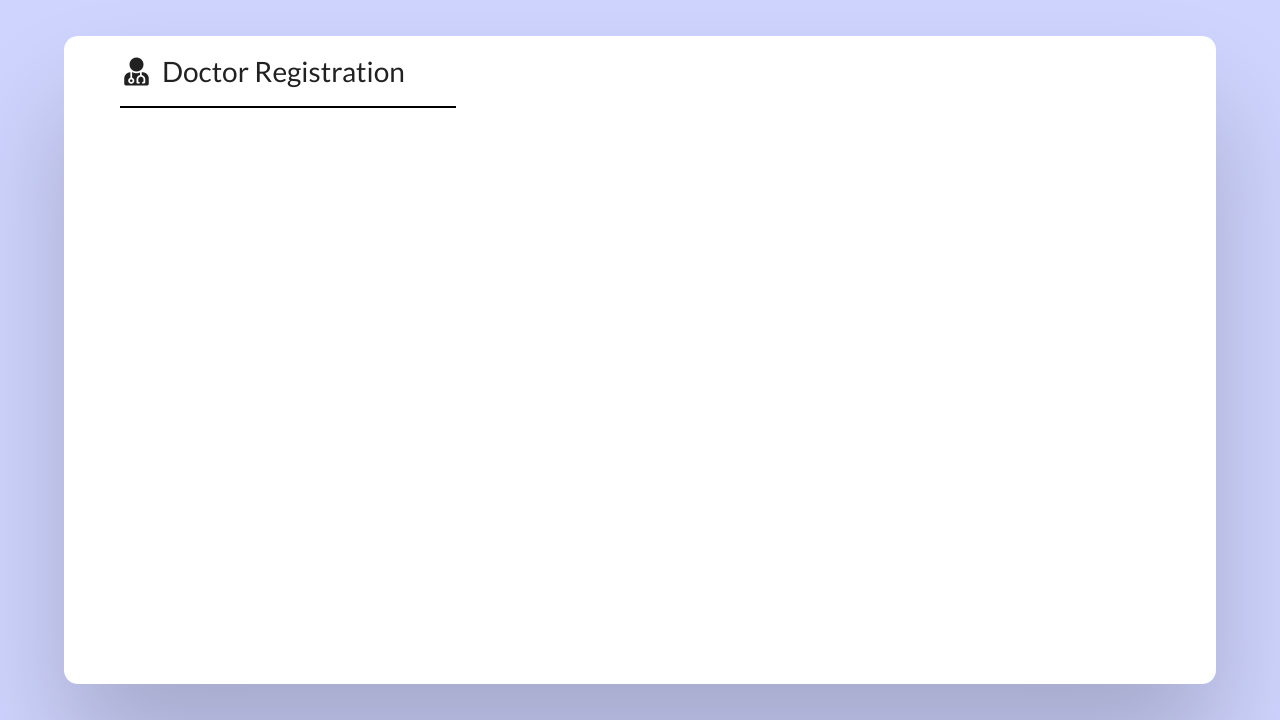
Repository: ajayaj2001/healthcare-digitization
Page: /doctorForm
These files come from the project's save history. The page is drawn as it stood at one moment and after the next save; the edit follows.
The browser window is 1280 px wide. The pictures show the whole page.
The project was rebuilt for these pictures with package versions that can differ from the ones it lists, and the page was loaded fresh each time. Also part of the build but not shown: src/component/userType/UserType.scss, src/component/userType/UserType.js, src/component/login/Login.scss, src/component/login/loginForm/LoginForm.scss, src/component/login/loginForm/LoginForm.js, src/component/login/Login.js, src/component/register/Register.scss, src/component/register/registerForm/RegisterForm.scss and 2 more.

Above is the page before, as saved 2021-03-13 10:42:21.

After the next save:
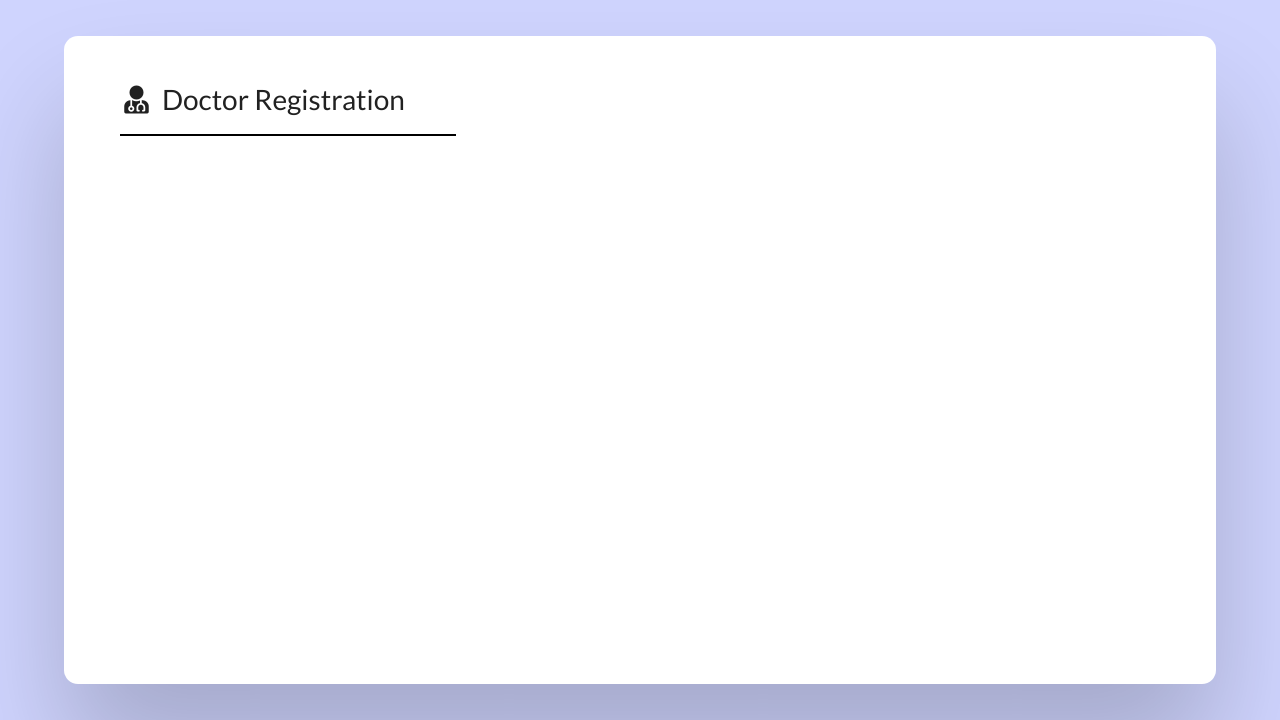
Saved 4 s later.
--- a/src/component/doctorForm/DoctorForm.scss
+++ b/src/component/doctorForm/DoctorForm.scss
@@ -18,7 +18,7 @@
     }
    &__heading{
        font-size: 2rem;
-       margin: 0rem 0rem 0rem 4rem;
+       margin: 2rem 0rem 0rem 4rem;
        line-height: 5rem;
        border-bottom: .2rem solid black;
        width: 24rem;
